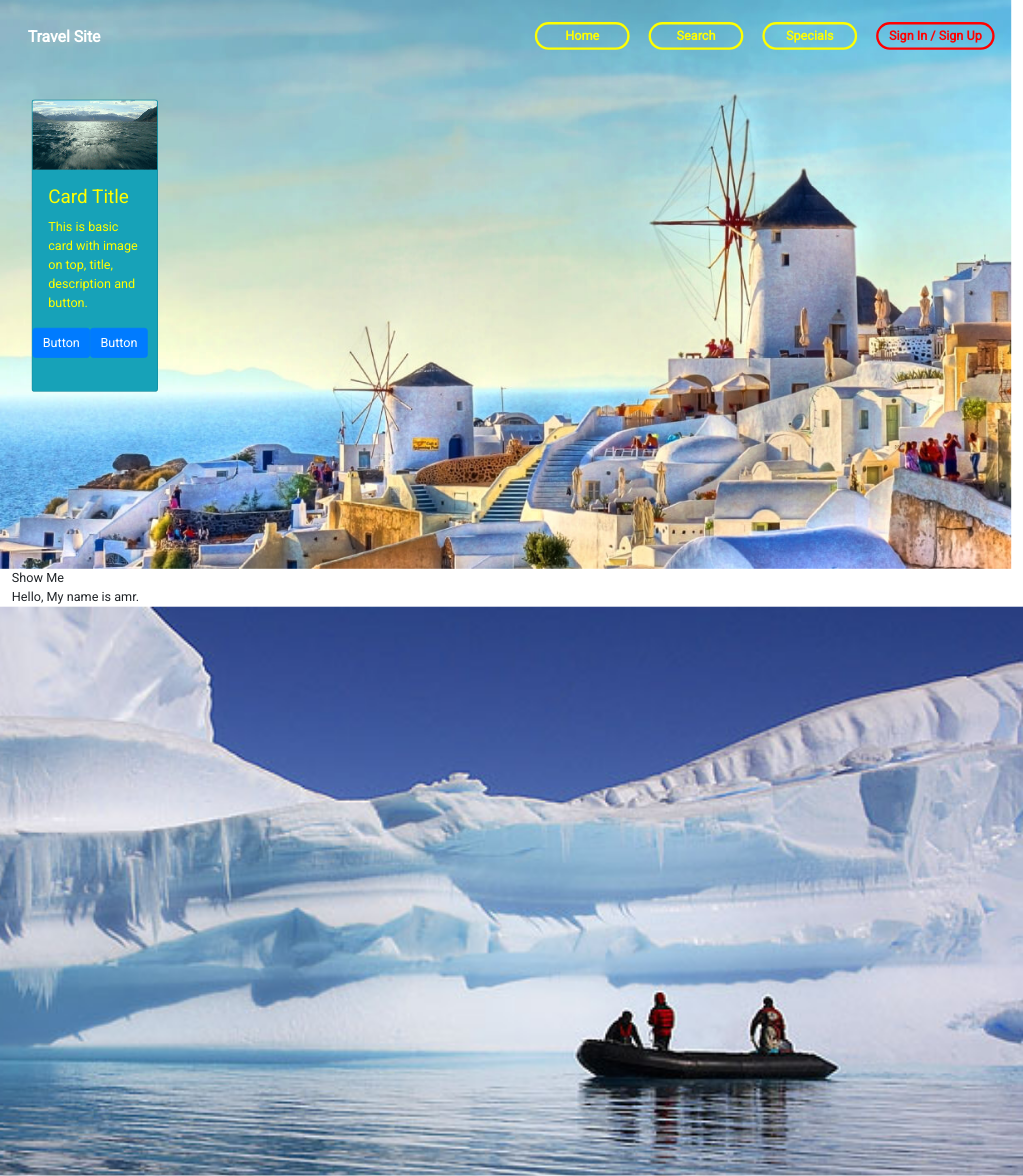
Repository: wpelizzoni/travel-site
Page: index.html
The author's editor kept a record of every edit. The page is drawn from the files as they stood at one moment, then again after the next edit.
The browser window is 1280 px wide. The page is 1295 px wide, so the pictures cover 1295 px, including what lies to the right of the window. The pictures show the whole page, at 79% of full size.

Above is the page before.

### index.html
<!DOCTYPE html>
<html lang="en">

<head>
    <meta charset="UTF-8">
    <meta name="viewport" content="width=device-width, initial-scale=1.0">
    <meta http-equiv="X-UA-Compatible" content="ie=edge">


    <link rel="stylesheet" href="https://stackpath.bootstrapcdn.com/bootstrap/4.3.1/css/bootstrap.min.css" type="text/css" />
    <link rel="stylesheet" href="https://stackpath.bootstrapcdn.com/font-awesome/4.7.0/css/font-awesome.min.css" type="text/css" />
    <link href='https://fonts.googleapis.com/css?family=Roboto' rel='stylesheet' type='text/css'>


    <link rel="stylesheet" href="assets/css/style.css" type="text/css" />

    <title>Document</title>
</head>

<body>
    <div class="container-fluid">

        <section>

            <div class="row header-desktop-row-page1 d-none d-md-block">
                <div class="col-12 header-desktop-column">
                </div>
            </div>

            <div class="row header-phones-row d-block d-md-none">
                <div class="col-12 header-phones-column">
                </div>
            </div>

            <div class="d-block d-md-none">
                <nav class="navbar navbar-expand-sm navbar-dark">
                    <!-- We can move the hamburger to the right of the screen by putting it after the button declaration. This will move the brand to the left.  -->

                    <button class="navbar-toggler" type="button" data-toggle="collapse" data-target="#nav-content" aria-controls="nav-content" aria-expanded="false" aria-label="Toggle navigation">
                    <span class="navbar-toggler-icon"></span>
                </button>
                    <a class="navbar-brand" href="/">Travel Site</a>
                    <div class="collapse navbar-collapse" id="nav-content">

                        <ul class="navbar-nav ml-auto">

                            <li class="active nav-item mr-2 "><a class="nav-link" href="/ ">Home</a></li>
                            <li class="nav-item mr-2 "><a class="nav-link " href="/Search ">Search</a></li>
                            <li class="nav-item mr-2 "><a class="nav-link " href="/Specials ">Specials</a></li>
                            <li class="nav-item mr-2 d-block d-sm-none "><a class="nav-link " href="/login ">Sign In / Sign Up</a></li>
                        </ul>
                    </div>
                </nav>
            </div>

            <div class="d-none d-md-block">
                <nav class="navbar navbar-expand-sm navbar-dark">
                    <a class="navbar-brand" href="/">Travel Site</a>
                    <ul class="navbar-nav ml-auto">

                        <li class="active nav-item mr-2 "><a class="nav-link page-scroll" href="/ "><button id="button_effects1" class="btn--features">Home</button></a></li>
                        <li class="nav-item mr-2 "><a class="nav-link page-scroll" href="#search"><button id="button_effects2" class="btn--features">Search</button> </a></li>
                        <li class="nav-item mr-2 "><a class="nav-link page-scroll" href="#specials"><button id="button_effects3" class="btn--features">Specials</button></a></li>
                        <li class="nav-item mr-2 "><a class="nav-link page-scroll" href="/login "><button id="button_effects4" class="btn--features--red">Sign In / Sign Up</button></a></li>
                    </ul>
                </nav>
            </div>



            <div class="specials specials-features d-block d-md-none">
                <h2>Check our weekly specials</h2>
                <p id="par1" class='specials-p'>
                    Fly to New Zealand on a 10-day vacation for $999.00
                </p>
            </div>



<div id="show">Show Me</div>
<div id="visible">Hello, My name is amr.</div>

            <div class="card specials-features text-white bg-info mb-3 d-none d-md-block" style=" width:10rem ">
                <div id="card1" class=" ">
                    <img class="card-img-top img-fluid " src="assets/images/water-traverse.gif " alt="card image ">
                    <div class="card-body text-left ">
                        <h4 class="card-title ">Card Title</h4>
                        <p class="card-text ">This is basic card with image on top, title, description and button.</p>
                    </div>
                </div>

                <div id="card2" class=" ">
                    <h2>Seasonal Special</h2>
                    <p>Around the world airfares including three stops for $1,999 </p>
                </div>
                <a href="# "></a> <button id="button_effects9" class="btn btn-primary ">Button</a>
                <a href="# "></a> <button id="button_effects10" class="btn btn-primary ">Button</a>
            </div>


    </div>
    </section>


    <!-- <section id="specials ">
            <div class="container specials-row ">
                <div class="row " id='specials'>
                    <h2>Check our weekly specials</h2>
                    <p id="par1 " class='specials-p'>
                        Fly to New Zealand on a 10-day vacation for $999.00
                    </p>
                </div>
            </div>
        </section>
        -->

    <section id="search ">

        <div class="row header-desktop-row-page2 d-none d-md-block ">
            <div class="col-12 header-desktop-column ">
            </div>
        </div>

        <div class="row header-phones-row d-block d-md-none ">
            <div class="col-12 header-phones-column ">
            </div>
        </div>

        <!--
            <div class="d-none d-md-block ">
                <nav class="navbar navbar-expand-sm navbar-dark ">
                    <a class="navbar-brand " href="/ ">Travel Site</a>
                    <ul class="navbar-nav ml-auto ">

                        <li class="nav-item mr-2 "><a class="nav-link page-scroll " href="/ "><button id="button_effects1 " class="btn--features ">Home</button></a>
                </li>
                <li class="active nav-item mr-2 "><a class="nav-link page-scroll " href="#search "><button id="button_effects2 " class="btn--features ">Search</button> </a></li>
                <li class="nav-item mr-2 "><a class="nav-link page-scroll " href="#specials "><button id="button_effects3 " class="btn--features ">Specials</button></a></li>
                <li class="nav-item mr-2 "><a class="nav-link page-scroll " href="/login "><button id="button_effects4 " class="btn--features--red ">Sign In / Sign Up</button></a></li>
                </ul>
                </nav>
            </div>

            <div class="d-none d-md-block ">
                <nav class="navbar navbar-expand-sm navbar-dark ">
                    <a class="navbar-brand " href="/ ">Travel Site</a>
                    <ul class="ml-auto ">

                        <li class="nav-item mr-2 "><a class="nav-link page-scroll " href="/ "><button id="button_effects5 " class="btn--features ">Home</button></a></li>
                        <li class="active nav-item mr-2 "><a class="nav-link page-scroll " href="#search "><button id="button_effects6 " class="btn--features ">Search</button> </a></li>
                        <li class="nav-item mr-2 "><a class="nav-link page-scroll " href="#specials "><button id="button_effects7 " class="btn--features ">Specials</button></a></li>
                        <li class="nav-item mr-2 "><a class="nav-link page-scroll " href="/login "><button id="button_effects8 " class="btn--features--red ">Sign In / Sign Up</button></a></li>
                    </ul>
                </nav>
            </div>
            -->
            <div class="container search-row ">
                <div class="row " id='search'>

                </div>
            </div>
        </section>
    </div>

    </div>
    <script src="https://code.jquery.com/jquery-3.3.1.slim.min.js " integrity="sha384-q8i/X+965DzO0rT7abK41JStQIAqVgRVzpbzo5smXKp4YfRvH+8abtTE1Pi6jizo " crossorigin="anonymous "></script>
    <script src="https://cdnjs.cloudflare.com/ajax/libs/popper.js/1.14.7/umd/popper.min.js " integrity="sha384-UO2eT0CpHqdSJQ6hJty5KVphtPhzWj9WO1clHTMGa3JDZwrnQq4sF86dIHNDz0W1 " crossorigin="anonymous "></script>
    <!-- Paste Bootstrap Javascript link here -->
    <script src="https://stackpath.bootstrapcdn.com/bootstrap/4.3.1/js/bootstrap.min.js " integrity="sha384-JjSmVgyd0p3pXB1rRibZUAYoIIy6OrQ6VrjIEaFf/nJGzIxFDsf4x0xIM+B07jRM " crossorigin="anonymous "></script>

    <script type="text/javascript " src="js/jquery-3.4.1.js "></script>
    <script type="text/javascript " src="js/my_script.js "></script>
</body>

</html>

### assets/css/style.css
body {
    font-family: 'Roboto', sans-serif;
}

.navalert-container {
    position: absolute;
    top: 0;
    left: 0;
    padding-left: 0;
    padding-right: 0;
    z-index: 1;
}

.navbar {
    position: absolute;
    padding: 20px;
    top: 0;
    margin-bottom: 0;
    border: 0;
    width: 100%;
    /* background-color: rgba(0, 0, 0, 0.25); */
    float: right;
    margin-right: 0px;
    clear: left;
}

.navbar .navbar-default {
    border: 0px;
    box-shadow: none;
    -webkit-box-shadow: none;
    border-width: 0;
    padding: 0;
    margin: 0;
}

.navbar-nav {
    border: 0px !important;
    padding: 0;
    margin: 0;
}

.navbar .navbar-toggler .navbar-inner {
    border: none;
    border-radius: 0;
    padding: 0;
}

.navbar-brand {
    font-weight: bold;
}

.nav-right {
    float: right;
}

.btn--features {
    background-color: transparent;
    font-weight: bold;
    height: 35px;
    color: yellow;
    border: solid;
    border-color: yellow;
    border-radius: 23px;
    width: 120px;
    text-align: center;
    text-decoration: none;
}

.btn--features--red {
    background-color: transparent;
    font-weight: bold;
    height: 35px;
    color: red;
    border: solid;
    border-color: red;
    border-radius: 23px;
    width: 150px;
    text-align: center;
    text-decoration: none;
}

.header-desktop-row-page1 {
    background: url("../images/near-east.jpg");
    background-position: relative;
    background-repeat: no-repeat top left fixed ;
    background-size: cover;
    height: 100vh;
    min-height: 360px;
    top: 0;
    left: 0;
    -webkit-background-size: cover;	/* works on WebKit browsers */
     -moz-background-size: cover;	/* works on Mozilla browsers */
     -o-background-size: cover;
    transition: all .5s ease-in-out;
    -moz-transition: all .5s ease-in-out;
    -webkit-transition: all .5s ease-in-out;
    z-index: 0;

}

.header-desktop-row-page2 {
    background: url("../images/antarctica.jpg");
    background-position: relative;
    background-repeat: no-repeat top left fixed ;
    background-size: cover;
    height: 100vh;
    min-height: 360px;
    top: 0;
    left: 0;
    -webkit-background-size: cover;	/* works on WebKit browsers */
     -moz-background-size: cover;	/* works on Mozilla browsers */
     -o-background-size: cover;
    transition: all .5s ease-in-out;
    -moz-transition: all .5s ease-in-out;
    -webkit-transition: all .5s ease-in-out;
}

.header-desktop-column {
    width: 100%;
    padding-left: 0;
    padding-right: 0;
    margin-left: 0;
    margin-right: 0;
}

.header-phones-row {
    background: url("../images/swing.jpg");
    background-position: relative;
    background-repeat: no-repeat top left fixed ;
    background-size: cover;
    height: 100vh;
    min-height: 360px;
    top: 0;
    left: 0;
    color: #ffff00;
    -webkit-background-size: cover;	/* works on WebKit browsers */
     -moz-background-size: cover;	/* works on Mozilla browsers */
     -o-background-size: cover;
    transition: all .5s ease-in-out;
    -moz-transition: all .5s ease-in-out;
    -webkit-transition: all .5s ease-in-out;
}

.header-phones-column {
    width: 100%;
    padding: 0 0px 0px;
    min-height: 360px;
    margin: 0 0px 0px;
    float: none;
}

.card {
    height: 370px;
    width: 240px;
    margin-top: 40px;
    margin-left: 25px;
}

}
.specials-row {
    padding-bottom: 10%;
    font-size: 1.75em;
    line-height: 2;
    color: #fafafa;

}

#specials-p {
    font-size: .8em;
    color: yellow;
}


.specials-features {
    position: absolute;
    top: 12%;
    padding-bottom: 96px;
    color: black;
    z-index: 1;
}

.search {
    background: url("../images/cloud141.jpg");
    background-repeat: no-repeat;
    background-position: left;
    background-size: cover;
    padding-bottom: 100px;
    padding-top: 42px;
    position: relative;
    margin-bottom: 30px;

}

#loader {
  display: block;
  width: 100px;
  height: 100px;
  margin: 0 auto;
}



@media (max-width: 768px) and (min-width: 375px) {
    #search {
        width: 80%;
    }
}

@media (max-width: 992px) {
    .hone-section,
    .search-section,
    .contact-section {
        background-attachment: scroll;
    }
}

@media (min-width: 992px) {
    .search-section {
        background-position: center;
        background-size: cover;
        width: 100vw;
    }
    .contact-section {
        background-position: center;
        background-size: cover;
        width: 100vw;
    }

}

#card1 {
    display: inline flex;
    flex-direction: column;
    flex-grow: 1;
    flex-shrink: 1;
    flex-basis: auto;
    justify-content: center;
    color: yellow;
}

#card2 {
    display: none;
    flex-direction: column;
    flex-grow: 1;
    flex-shrink: 1;
    flex-basis: auto;
    justify-content: center;
    color: yellow;
}

.display-none {
    display: none !important;
}

.display-inline {
    display: inline !important;
}

### js/my_script.js
$(document).ready(function() {
    $("h2").addClass("underline");
    $("ul").addClass("border");


    $("#specials_btn").click(function() {
        $("par1").slideToggle(2000);
    });

    $("#button_effects1").click(function() {
        $('#par1').slideToggle(1000, 0.5);
    });
    $("#button_effects1").click(function() {
        $('#par1').slideToggle(1000, 0.5);
    });
    $("#button_effects3").click(function() {
        $('#par1').slideToggle(1000, 0.5);
    });
    $("#button_effects3").click(function() {
        $('#par1').slideToggle(1000, 0.5);
    });
    $("#button_effects9").click(function() {
        $("#card1").toggleClass("display-none");
        $("#card2").toggleClass("display-inline");
        $(this).text($(this).text() == 'Return' ? 'Specials' : 'Return');
    });


    $("#button_effects1").mouseenter(function() {
        $('#button_effects1').fadeTo(300, 0.5);
    });
    $("#button_effects1").mouseleave(function() {
        $('#button_effects1').fadeTo(300, 1);
    });
    $("#button_effects2").mouseenter(function() {
        $('#button_effects2').fadeTo(300, 0.5);
    });
    $("#button_effects2").mouseleave(function() {
        $('#button_effects2').fadeTo(300, 1);
    });
    $("#button_effects3").mouseenter(function() {
        $('#button_effects3').fadeTo(300, 0.5);
    });
    $("#button_effects3").mouseleave(function() {
        $('#button_effects3').fadeTo(300, 1);
    });
    $("#button_effects4").mouseenter(function() {
        $('#button_effects4').fadeTo(300, 0.5);
    });
    $("#button_effects4").mouseleave(function() {
        $('#button_effects4').fadeTo(300, 1);
    });
    $("#button_effects5").mouseenter(function() {
        $('#button_effects5').fadeTo(300, 0.5);
    });
    $("#button_effects5").mouseleave(function() {
        $('#button_effects5').fadeTo(300, 1);
    });
    $("#button_effects6").mouseenter(function() {
        $('#button_effects6').fadeTo(300, 0.5);
    });
    $("#button_effects6").mouseleave(function() {
        $('#button_effects6').fadeTo(300, 1);
    });
    $("#button_effects7").mouseenter(function() {
        $('#button_effects6').fadeTo(300, 0.5);
    });
    $("#button_effects7").mouseleave(function() {
        $('#button_effects6').fadeTo(300, 1);
    });
    $("#button_effects8").mouseenter(function() {
        $('#button_effects6').fadeTo(300, 0.5);
    });
    $("#button_effects8").mouseleave(function() {
        $('#button_effects8').fadeTo(300, 1);
    });

     $("#button_effects9").mouseenter(function() {
        $('#button_effects9').fadeTo(500, 0.5);
    });
    $("#button_effects9").mouseleave(function() {
        $('#button_effects9').fadeTo(300, 1);
    });
});

Loaded but not shown: js/jquery-3.4.1.js (library)

After the next edit:
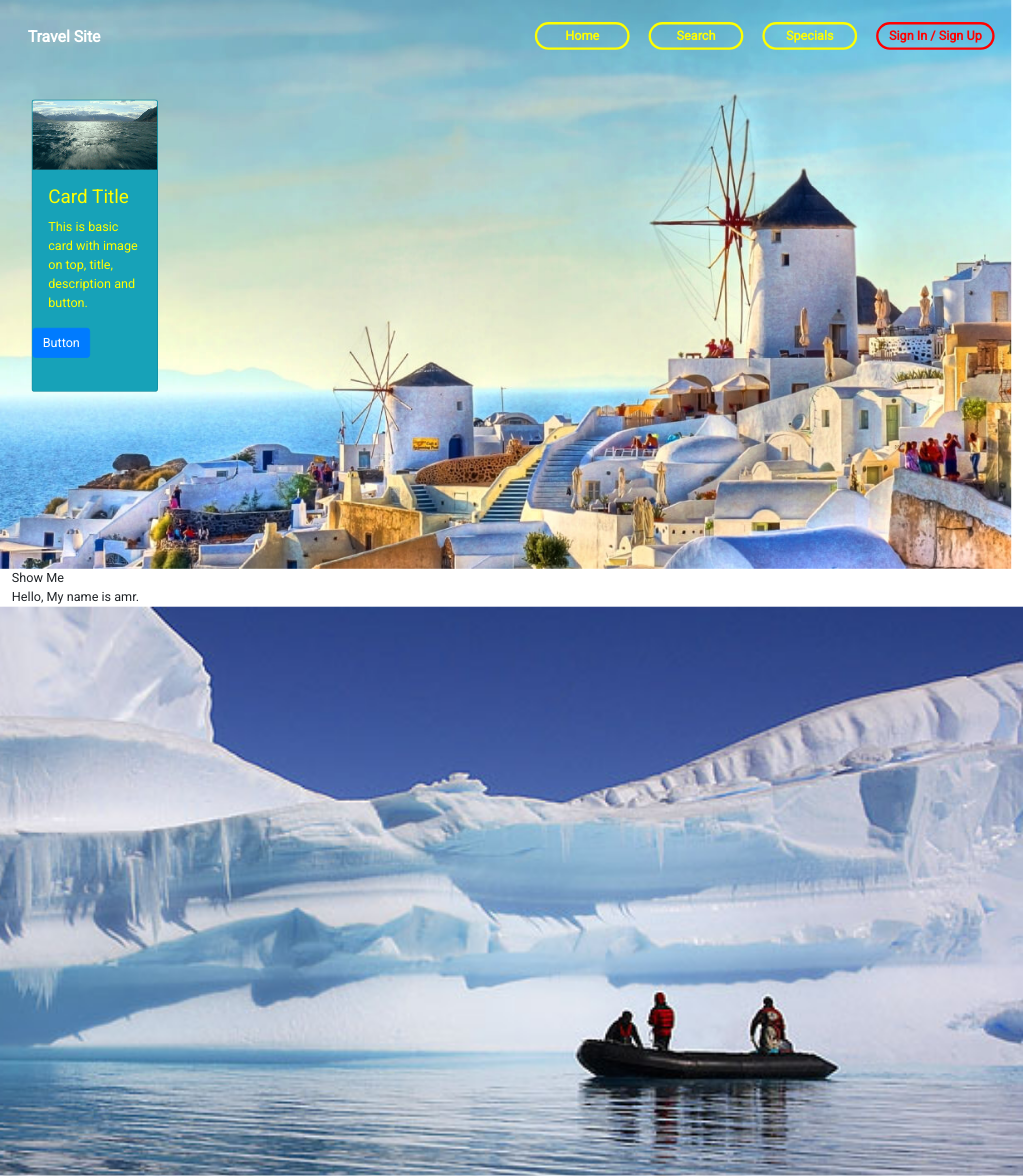
The edit:
--- a/index.html
+++ b/index.html
@@ -94,7 +94,6 @@
                     <p>Around the world airfares including three stops for $1,999 </p>
                 </div>
                 <a href="# "></a> <button id="button_effects9" class="btn btn-primary ">Button</a>
-                <a href="# "></a> <button id="button_effects10" class="btn btn-primary ">Button</a>
             </div>
 
 
